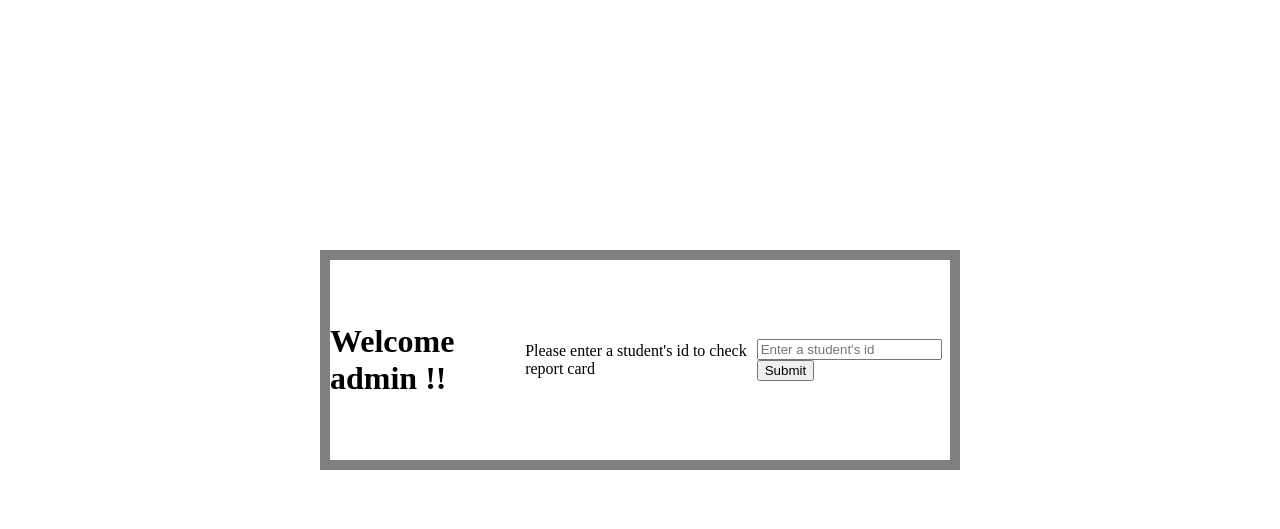
Repository: MriOj/OnlineExamPortal
Page: http://localhost/ExamPortal/admlogin.jsp
These files come from the project's save history. The page is drawn as it stood at one moment and after the next save; the edit follows.
The browser window is 1280 px wide. The pictures show the whole page.
The page is served by Tomcat 9.

Above is the page before, as saved 2021-09-05 05:00:17.

After the next save:
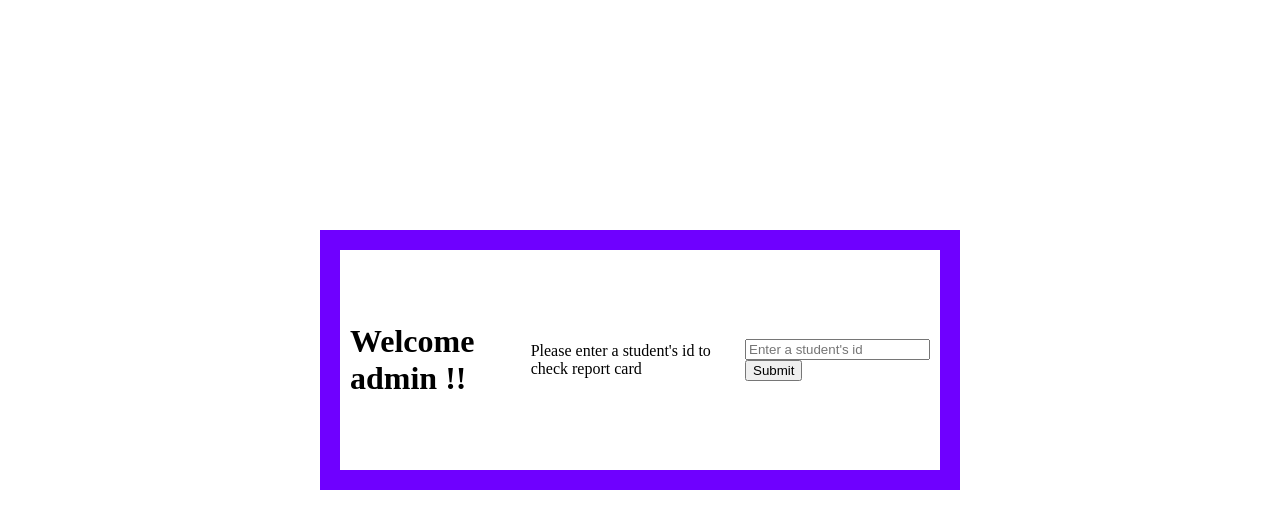
Saved 19 s later.
--- a/ExamPortal/src/main/webapp/admlogin.jsp
+++ b/ExamPortal/src/main/webapp/admlogin.jsp
@@ -16,6 +16,8 @@
   left: 50%;
   top: 50%;
   transform: translate(-50%, -50%);
+  border: 20px solid #6f00ff;
+  padding: 10px;
 }
 </style>
 </head>
